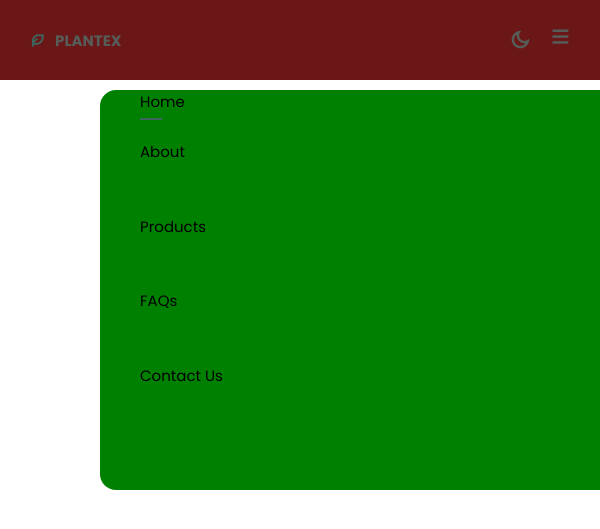
Repository: OmniaRafat232111121/plantwebsite
Page: index.html
An editor plug-in stored every save of this project. The page is shown before and after a run of saves, followed by the edit.
The browser window is 600 px wide. The pictures show the whole page.
After loading, the first visible `#navToggle` was clicked once.

Above is the page before, as saved 2023-01-04 15:36:30.

### index.html
<!DOCTYPE html>
<html lang="en">
<head>
    <meta charset="UTF-8">
    <meta http-equiv="X-UA-Compatible" content="IE=edge">
    <meta name="viewport" content="width=device-width, initial-scale=1.0">
    <title>plant-website</title>
      <!--icon web-->
    <link rel="shortcut icon" href="assets/img/favicon.png" type="image/x-icon">
    <!--css style-->
    <link rel="stylesheet" href="./assets/css/styles.css">
    <!--remix icon-->
    <link href="https://cdn.jsdelivr.net/npm/remixicon@2.5.0/fonts/remixicon.css" rel="stylesheet">
</head>
<body>
<!--header-->
<header class="header" id="header">
<div class="container-header">
    <a class="nav_logo">
   <i class="ri-leaf-line nav_logo-icon "></i>Plantex
</a>

<nav class="nav_menu" id="nav_menu">
    <ul class="nav_list" id="nav_list">
        <li class="nav_item" id="nav_item">
                            <a href="#home" class="nav_link active-link">Home</a>
                        </li>
                        <li class="nav__item">
                            <a href="#about" class="nav_link">About</a>
                        </li>
                        <li class="nav__item">
                            <a href="#products" class="nav_link">Products</a>
                        </li>
                        <li class="nav__item">
                            <a href="#faqs" class="nav_link">FAQs</a>
                        </li>
                        <li class="nav__item">
                            <a href="#contact" class="nav_link">Contact Us</a>
                        </li>
                        <li class="mood">
       <i class= "ri-moon-line change-theme" id="theme-button"></i>

    </li>



    </ul>

    <div class="nav-close" id="nav_close">
        <i class="ri-close-line"></i>

    </div>
    <div  class="nav-btns">
   <i class= "ri-moon-line change-theme" id="theme-button"></i>
    <div class="nav-toggle" id="navToggle">
      <i class="ri-menu-line"></i>
    </div>
   </div>
    </div>
</nav>
</div>

</header>
   <script src="./assets/js/main.js"></script>
</body>
</html>

### assets/css/styles.css
/*=============== GOOGLE FONTS ===============*/
@import url('https://fonts.googleapis.com/css2?family=Poppins:wght@400;500;600;700&display=swap');

/*=============== VARIABLES CSS ===============*/
:root {
  --header-height: 3.5rem; /*56px*/

  /*========== Colors ==========*/
  /*Color mode HSL(hue, saturation, lightness)*/
  --black:#000;
  --green:#3e655e;
  --hue: 152;
  --first-color: hsl(var(--hue), 24%, 32%);
  --first-color-alt: hsl(var(--hue), 24%, 28%);
  --first-color-light: hsl(var(--hue), 24%, 66%);
  --first-color-lighten: hsl(var(--hue), 24%, 92%);
  --title-color: hsl(var(--hue), 4%, 15%);
  --text-color: hsl(var(--hue), 4%, 35%);
  --text-color-light: hsl(var(--hue), 4%, 55%);
  --body-color: hsl(var(--hue), 0%, 100%);
  --container-color: #FFF;

  /*========== Font and typography ==========*/
  /*.5rem = 8px | 1rem = 16px ...*/
  --body-font: 'Poppins', sans-serif;
  --big-font-size: 2rem;
  --h1-font-size: 1.5rem;
  --h2-font-size: 1.25rem;
  --h3-font-size: 1rem;
  --normal-font-size: .938rem;
  --small-font-size: .813rem;
  --smaller-font-size: .75rem;

  /*========== Font weight ==========*/
  --font-medium: 500;
  --font-semi-bold: 600;

  /*========== Margenes Bottom ==========*/
  /*.5rem = 8px | 1rem = 16px ...*/
  --mb-0-5: .5rem;
  --mb-0-75: .75rem;
  --mb-1: 1rem;
  --mb-1-5: 1.5rem;
  --mb-2: 2rem;
  --mb-2-5: 2.5rem;

  /*========== z index ==========*/
  --z-tooltip: 10;
  --z-fixed: 100;
}

/* Responsive typography */
@media screen and (min-width: 968px) {
  :root {
    --big-font-size: 3.5rem;
    --h1-font-size: 2.25rem;
    --h2-font-size: 1.5rem;
    --h3-font-size: 1.25rem;
    --normal-font-size: 1rem;
    --small-font-size: .875rem;
    --smaller-font-size: .813rem;
  }
}

/*=============== BASE ===============*/
*{
  box-sizing: border-box;
  padding: 0;
  margin: 0;
}

html{
  scroll-behavior: smooth;
}

body,
button,
input,
textarea{
  font-family: var(--body-font);
  font-size: var(--normal-font-size);
}

body{
  margin: var(--header-height) 0 0 0;
  background-color: var(--body-color);
  color: var(--text-color);
  transition: .4s; /*For animation dark mode*/
}

button{
  cursor: pointer;
  border: none;
  outline: none;
}

h1,h2,h3{
  color: var(--title-color);
  font-weight: var(--font-semi-bold);
}

ul{
  list-style: none;
}

a{
  text-decoration: none;
}

img{
  max-width: 100%;
  height: auto;
}
/*========== resuable component ==========*/



/*========Header========*/
 header{
  background-color: rgb(107, 23, 23);
  position: fixed;
  top:0;
  left:0;
  width:100%;
  z-index:1000;
  transition: 0.3s;
}
.container-header{
  display:flex;
  align-items: center;
  justify-content: space-between;
  height:var(--header-height);
  padding:40px;
}
.nav_menu{

}
.nav_logo{
  text-transform: uppercase;
  display:inline-flex;
  align-items: center;
  column-gap: 10px;
  font-weight: bold;
  margin-left: 50px;
  cursor: pointer;
}
.nav_logo:hover{
  color:var(--green);
}
.nav_logo-icon{
   color:var(--green);
}
.nav_logo i:hover{
  color:var(--black);
}
nav ul li {
  display: inline-block;
  cursor: pointer;
  margin-left: 40px;
}
nav ul li a{
  color:var(--black);


}
.nav-btns{
  display: none;
}
.mood{
  margin-left: 40px;
  font-size: 20px;

}

.nav-close
{
  color:var(--black);
  display:none;

}

.nav-btns{
  font-size: 20px;
  cursor: pointer;
}
.active-link{
  position: relative;
  color: var(--black);
}
.active-link::after{
  content: '';
  position: absolute;
  bottom: -8px;
  left: 0;
  width: 50%;
  height: 2px;
  background-color: var(--green);
}
.nav_link:hover{
 color: var(--green);
 transition: 0.3s;
}
@media screen and (max-width: 767px){
.nav_list{
display: none;
}
.nav_logo{
  margin-left: -10px;
}

.nav-btns{
  display:inline-flex;
  align-items: center;
  column-gap: 20px;
  font-weight: bold;
  margin-right: -10px;
  cursor: pointer;
}

  .show-menu{

     position: fixed;
    background-color: green;
    width: 100%;
    height: 50%;
    top: 80px;
    right: 0px;
    left:100px;
    border-radius: 1rem 0 0 1rem;
    transition: .3s;
    z-index: 1000;
    display:grid;
    grid-template-rows: 50px;
    margin-top: 10px;


  }
  .show-menu {

  }
  .show-menu .mood .ri-moon-line{
    display: none;
  }
  .show-menu .nav-close{
     display: block;
  }
  .nav_list .show-menu{

  }


}

### assets/js/main.js
let navMenu = document.getElementById('nav_menu');
let navList = document.getElementById('nav_list');
let navItem = document.getElementById('nav ul li');
let closeButton = document.getElementById('nav_close');
let navToggle = document.getElementById('navToggle');
navToggle.addEventListener('click', function () {
    navList.classList.toggle('show-menu');

})

After the next 3 saves:
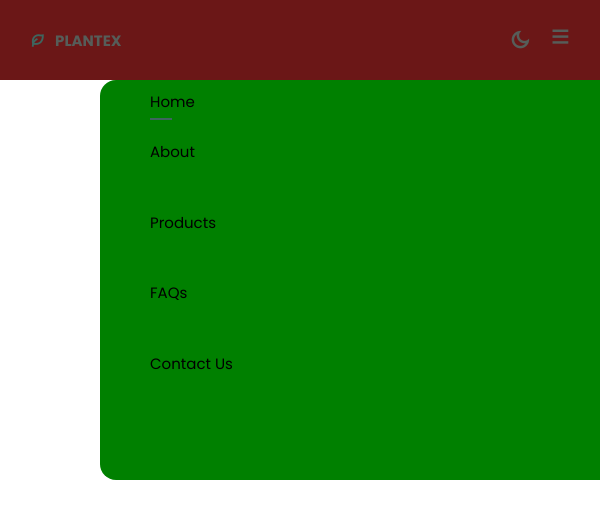
The 3 saves are shown as one change because they came seconds apart.
The last was saved 14 s later.
--- a/assets/css/styles.css
+++ b/assets/css/styles.css
@@ -231,7 +231,7 @@ display: none;
     z-index: 1000;
     display:grid;
     grid-template-rows: 50px;
-    margin-top: 10px;
+    padding: 10px;
 
 
   }
